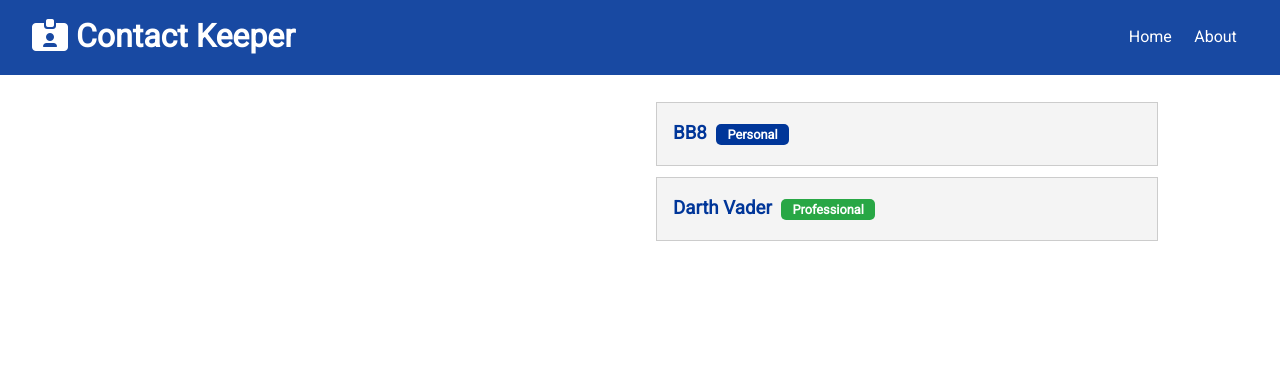
Repository: mjcanon4/contact-keeper
Page: / (app in client/)
The author's editor kept a copy of each file at every save. The page is drawn from the files as they stood at one save, then again after a run of saves.
The browser window is 1280 px wide. The pictures show the whole page.
Some web libraries are served in a nearby version. The project was rebuilt for these pictures with package versions that can differ from the ones it lists, and the page was loaded fresh each time. A package was used in the major version that the imports need, not the one package.json lists. Also part of the build but not shown: client/src/components/pages/About.js.

Above is the page before, as saved 2021-08-17 20:25:29.

After the next 2 saves:
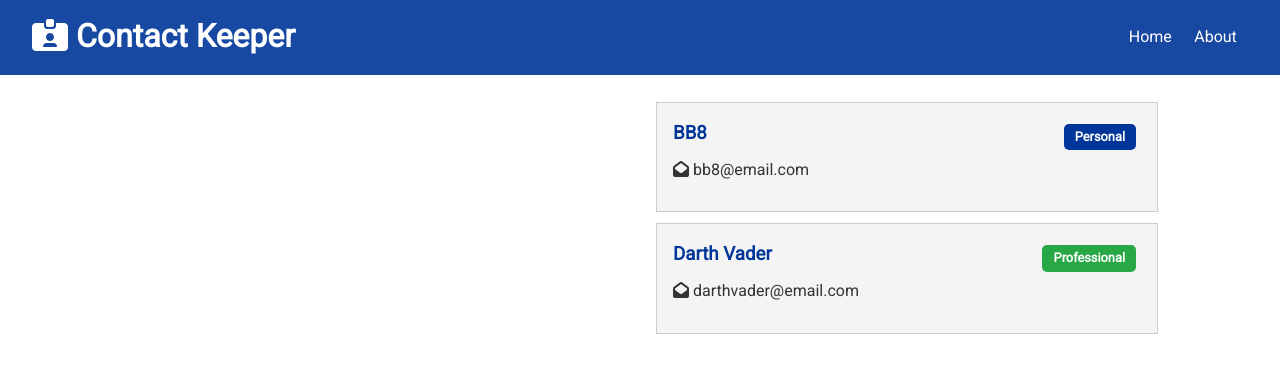
The 2 saves are shown as one change because 1 did not build or start.
The last was saved 80 s later.
--- a/client/src/components/contacts/ContactItem.js
+++ b/client/src/components/contacts/ContactItem.js
@@ -8,6 +8,7 @@ const ContactItem = ({ contact }) => {
       <h3 className="text-primary text-left">
         {name}{" "}
         <span
+          style={{ float: "right" }}
           className={
             "badge " +
             (type == "professional" ? "badge-success" : "badge-primary")
@@ -16,6 +17,13 @@ const ContactItem = ({ contact }) => {
           {type.charAt(0).toUpperCase() + type.slice(1)}
         </span>
       </h3>
+      <ul className="list">
+        {email && (
+          <li>
+            <icon className="fas fa-envelope-open"></icon> {email}
+          </li>
+        )}
+      </ul>
     </div>
   );
 };
